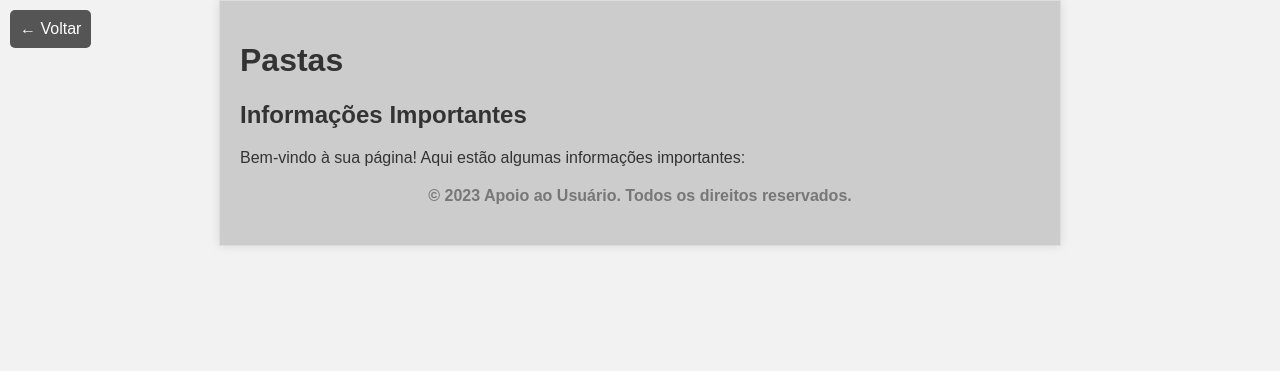
Repository: I4guito/dicasdez
Page: Dicas site/Dicas/pasta.html
These files come from the project's save history. The page is drawn as it stood at one moment and after the next save; the edit follows.
The browser window is 1280 px wide. The pictures show the whole page.

Above is the page before, as saved 2023-11-29 10:40:53.

### Dicas site/Dicas/pasta.html
<!DOCTYPE html>
<html lang="pt-br">
<head>
    <meta charset="UTF-8">
    <meta name="viewport" content="width=device-width, initial-scale=1.0">
    <link rel="stylesheet" href="padrao.css">
    <script src="/Dicas site/script.js"></script>
    <title>Pastas</title>
</head>
<body>
    <div class="container">
        <header>
        <a href="javascript:history.back()" class="voltar-btn">&#8592; Voltar</a>
            <h1>Pastas</h1>
        </header>
        <section>
            <h2>Informações Importantes</h2>
            <p>Bem-vindo à sua página! Aqui estão algumas informações importantes:</p>
            <ul>
                <li><strong></li>
                <li><strong></li>
            </ul>
        </section>
        <footer>
            <p>&copy; 2023 Apoio ao Usuário. Todos os direitos reservados.</p>
        </footer>
    </div>
</body>
</html>

### Dicas site/Dicas/padrao.css
body {
    font-family: 'Arial', sans-serif;
    margin: 0;
    padding: 0;
    background-color: #f2f2f2;
    color:#fff
}

.container {
    max-width: 800px;
    margin: 0 auto;
    background-color: #ccc;
    padding: 20px;
    box-shadow: 0 0 10px rgba(0, 0, 0, 0.1);
    border: 1px solid #ddd;
    color: #333;
}

header, section, footer {
    margin-bottom: 20px;
}

header h1, section h2 {
    color: #333;
}

ul {
    list-style: none;
    padding: 0;
}

li {
    margin-bottom: 10px;
}

footer {
    text-align: center;
    color: #777;
}

.voltar-btn {
    position: absolute;
    left: 10px;
    top: 10px;
    text-decoration: none;
    color: #fff;
    font-size: 16px;
    padding: 10px;
    background-color: #555;
    border: none;
    border-radius: 5px;
    cursor: pointer;
    transition: background-color 0.3s;
}

.voltar-btn:hover {
    background-color: #777;
}

img {

    margin-inline: 5cm;
    max-width: 100%;
    border-radius: 3%;
}

.link-instrucoes {
    font-family:cursive;
    width: 50px;
    left: 10px;
    text-decoration: none;
    color: #fff;
    font-size: 25px;
    padding: 3px;
    background-color: #555;
    border: none;
    border-radius: 10px;
    cursor: pointer;
    transition:  background-color 0.3s;
}

.link-instrucoes:hover {
    background-color:#777
}

### Dicas site/script.js
function filterItems() {
    var searchBar = document.getElementById('searchBar');
    var filter = searchBar.value.toUpperCase();

    var columns = document.getElementsByClassName('column');
    for (var i = 0; i < columns.length; i++) {
        var boxes = columns[i].getElementsByClassName('box');
        for (var j = 0; j < boxes.length; j++) {
            var item = boxes[j];
            var textValue = item.textContent || item.innerText;
            if (textValue.toUpperCase().indexOf(filter) > -1) {
                item.style.display = "";
            } else {
                item.style.display = "none";
            }
        }
    }
}

function openPage(pageName) {
    // Assuming all pages are in the same directory, you can modify the path as needed
    window.location.href = pageName + '.html';
}


    const isOpera = navigator.userAgent.indexOf("OPR") > -1;


    if (isOpera) {
      document.addEventListener("DOMContentLoaded", function () {
        document.querySelector(".container").style.backgroundColor = "#005c4b"; /* Azul claro para o Opera */
        document.querySelector(".container").style.color = "#333";
      });
    }

After the next save:
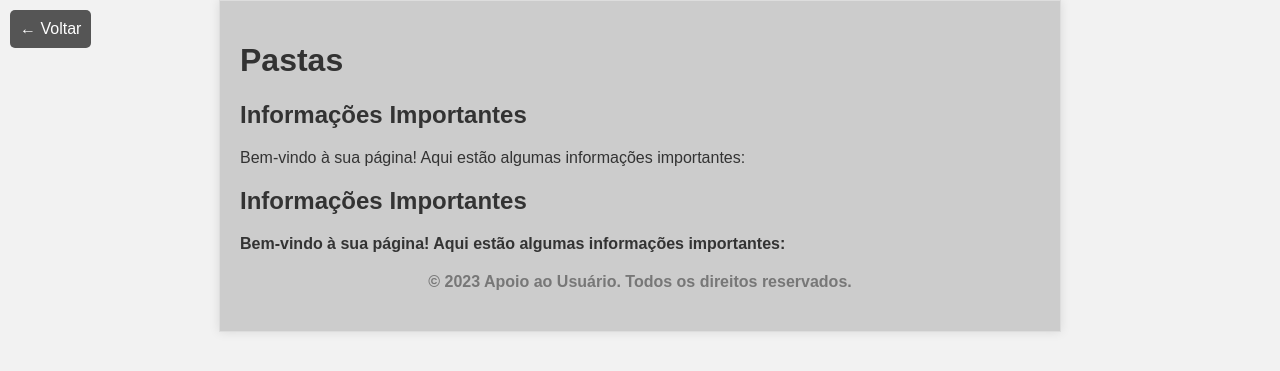
Saved 31 s later.
--- a/Dicas site/Dicas/pasta.html
+++ b/Dicas site/Dicas/pasta.html
@@ -21,6 +21,16 @@
                 <li><strong></li>
             </ul>
         </section>
+        <section>
+            <h2>Informações Importantes</h2>
+            <p>Bem-vindo à sua página! Aqui estão algumas informações importantes:</p>
+            <ul>
+                <li><strong></li>
+                <li><strong></li>
+            </ul>
+        </section>
+
+
         <footer>
             <p>&copy; 2023 Apoio ao Usuário. Todos os direitos reservados.</p>
         </footer>
